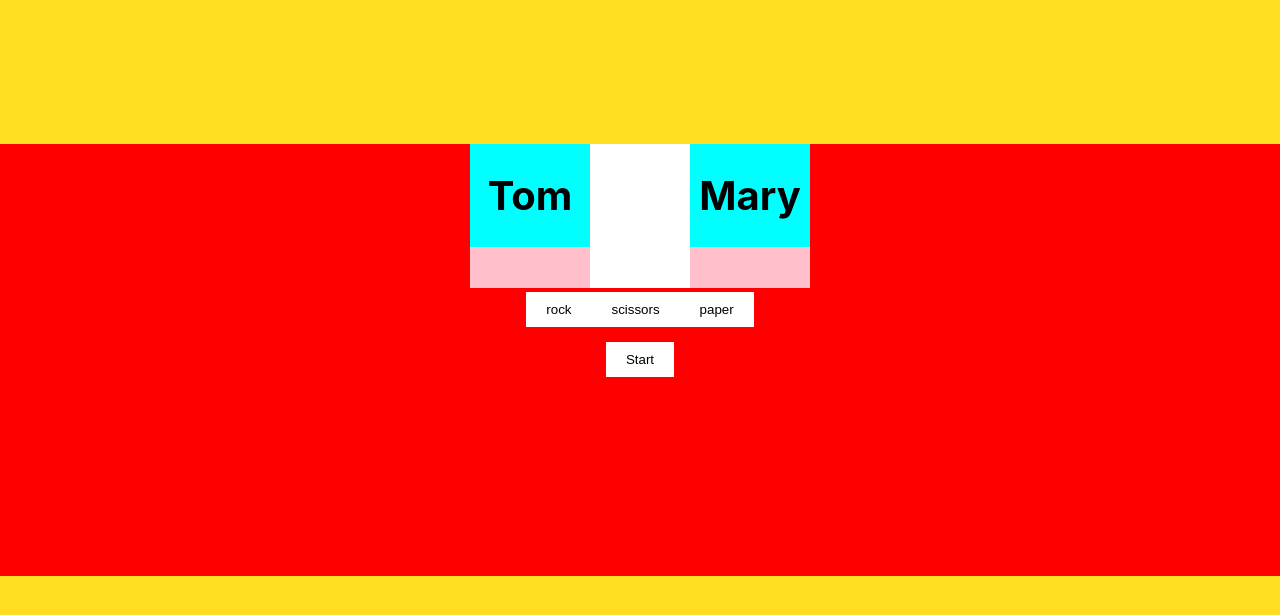
Repository: K009/Rock-Paper-Scissors
Page: /
An editor plug-in stored every save of this project. The page is shown before and after the next save, followed by the edit.
The browser window is 1280 px wide. The pictures show the whole page.
The project was rebuilt for these pictures with package versions that can differ from the ones it lists, and the page was loaded fresh each time.

Above is the page before, as saved 2020-05-13 09:29:16.

After the next save:
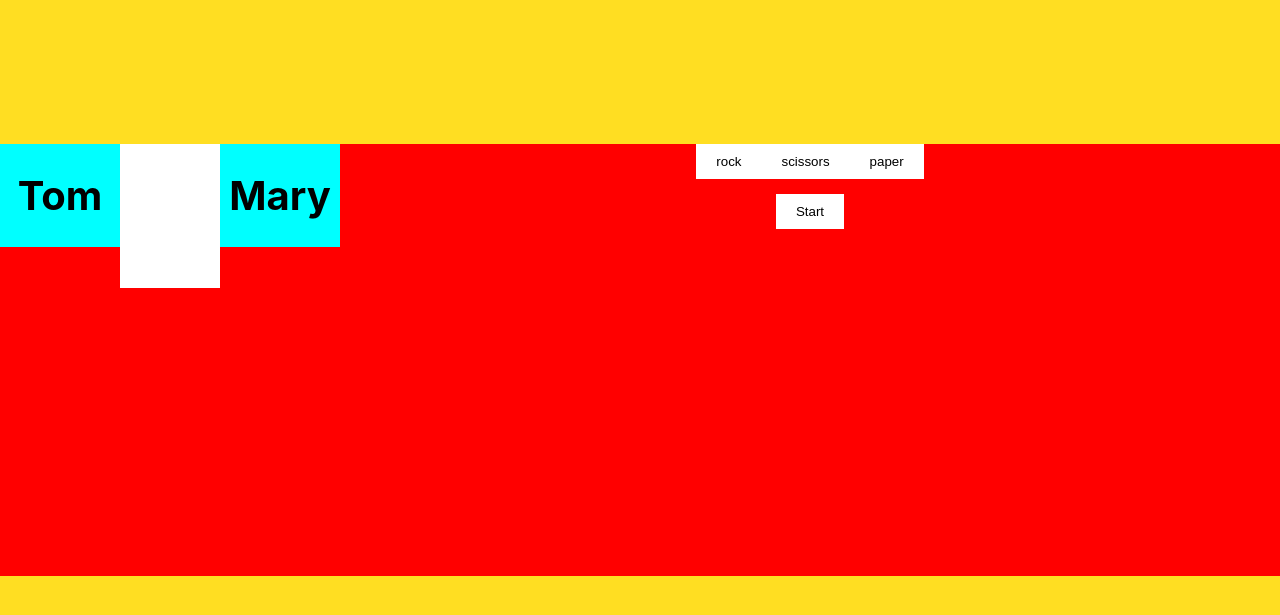
Saved 16 s later.
--- a/src/App.css
+++ b/src/App.css
@@ -11,12 +11,6 @@
   background-color: red;
   min-height: 60vh;
   text-align: center;
-}
-
-.Players {
-  background-color: pink;
-  text-align: center;
-  display: inline-block;
 }
 
 .break {
